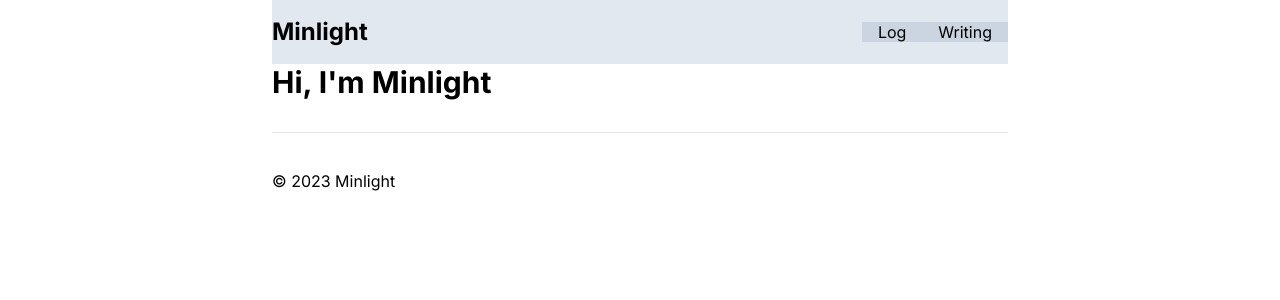
Repository: kwngmin/minlight-log
Page: /
The author's editor kept a copy of each file at every save. The page is drawn from the files as they stood at one save, then again after the next save.
The browser window is 1280 px wide. The pictures show the whole page.
The project was rebuilt for these pictures with package versions that can differ from the ones it lists, and the page was loaded fresh each time. The framework's server and built-in components were replaced by stand-ins that run in the browser. Also part of the build but not shown: next.config.js.

Above is the page before, as saved 2023-04-04 15:39:21.

After the next save:
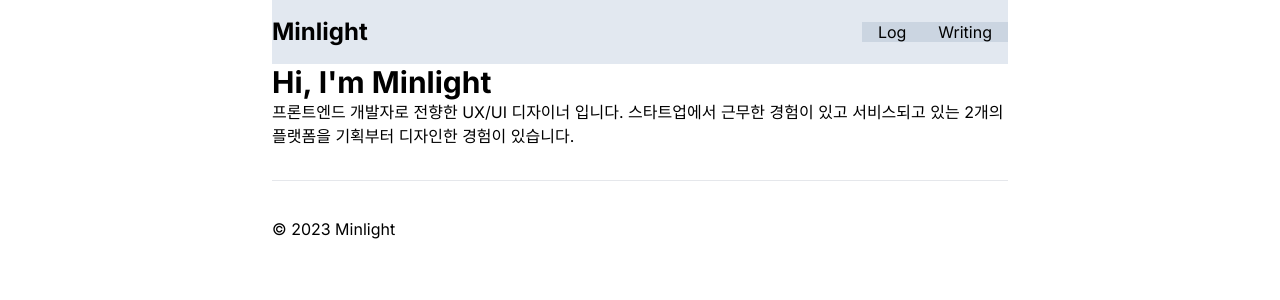
Saved 81 s later.
--- a/src/app/page.tsx
+++ b/src/app/page.tsx
@@ -2,6 +2,11 @@ export default function Home() {
   return (
     <section>
       <h1 className="text-3xl font-bold">{`Hi, I'm Minlight`}</h1>
+      <p>
+        프론트엔드 개발자로 전향한 UX/UI 디자이너 입니다. 스타트업에서 근무한
+        경험이 있고 서비스되고 있는 2개의 플랫폼을 기획부터 디자인한 경험이
+        있습니다.
+      </p>
     </section>
   );
 }
